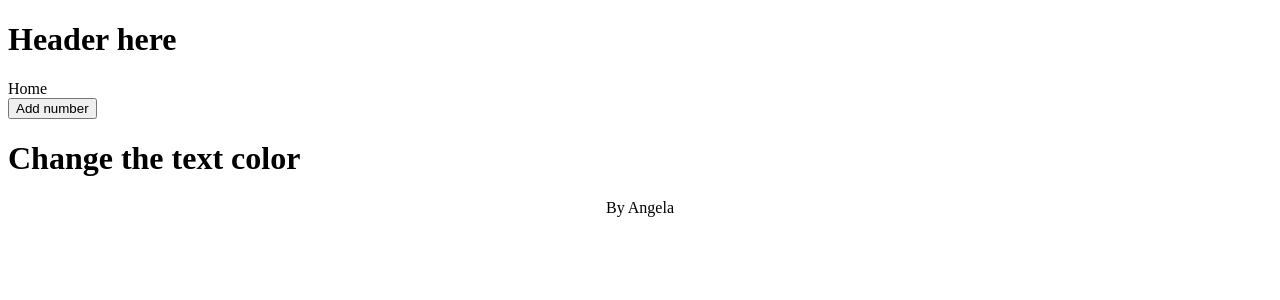
Repository: y-w-lee/class-3
Page: /ExampleFour
These files come from the project's save history. The page is drawn as it stood at one moment and after a run of saves; the edit follows.
The browser window is 1280 px wide. The pictures show the whole page.
The project was rebuilt for these pictures with package versions that can differ from the ones it lists, and the page was loaded fresh each time. The framework's server and built-in components were replaced by stand-ins that run in the browser. Also part of the build but not shown: next.config.js.

Above is the page before, as saved 2024-01-18 13:11:47.

### pages/ExampleFour.js
import Header from "@/components/Header"
import Footer from "@/components/Footer"
import {useState, useEffect} from "react"

export default function ExampleFour () {
    const [number, setNumber] = useState(0);
    const [color, setColor] = useState("gray");

    const [trigger, setTrigger] = useState(false);

    const HandleChange = () => {
        if (number > 2) {
            setColor("orange");
        }
        console.log(number)
    }

useEffect(() => {
    var interval;

    if(trigger) {
        interval = setInterval(() => {
            HandleChange()
            setTrigger(false);
        }, 3000) // after 3 seconds then it will do the console log
    }
    console.log(number);
    console.log(trigger);

    // clearing the interval so it doesn't get stuck in a loop
    return () => clearInterval(interval)
}, [trigger])

    return (
        <>
            <Header/>
            <main>
                <button onClick={() => {
                    setNumber (number + 1);
                    setTrigger(true);
                }}>Add number</button>
                <h1>Change the text color</h1>
            </main>
            <Footer/>
        </>
    )
}

### styles/globals.css
:root {

}


a {
  color: inherit;
  text-decoration: none;
}

### components/Header/index.js
import Link from 'next/link'

export default function Header () {
    return (
        <header>
            <h1>Header here</h1>
            <Link href='/'>Home</Link>
        </header>
    )
}

### components/Footer/index.js
import styles from "./Footer.module.css"

export default function Footer () {
    return (
        <footer className={styles.footer}>
            By Angela
        </footer>
    )
}

### components/Footer/Footer.module.css
.footer {
    display: flex;
    justify-content: center;
}

Loaded but not shown: pages/_app.js (common file); pages/_document.js (common file)

After the next 2 saves:
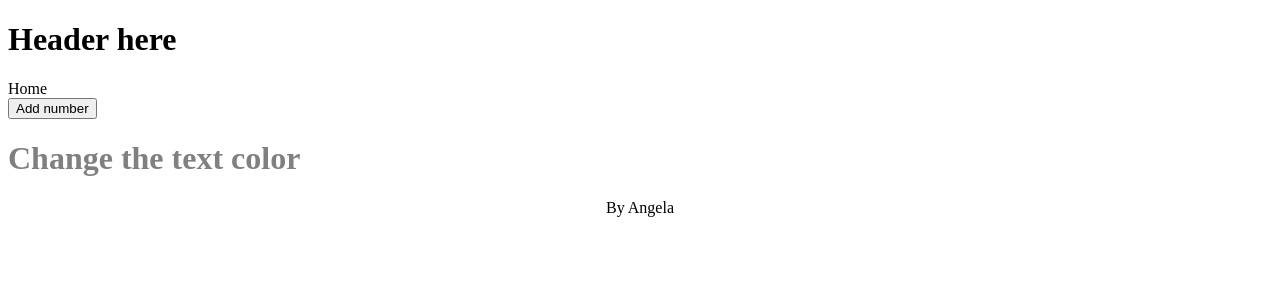
The 2 saves are shown as one change because they came seconds apart.
The last was saved 7 s later.
--- a/pages/ExampleFour.js
+++ b/pages/ExampleFour.js
@@ -39,7 +39,7 @@ useEffect(() => {
                     setNumber (number + 1);
                     setTrigger(true);
                 }}>Add number</button>
-                <h1>Change the text color</h1>
+                <h1 style={{color}}>Change the text color</h1>
             </main>
             <Footer/>
         </>
